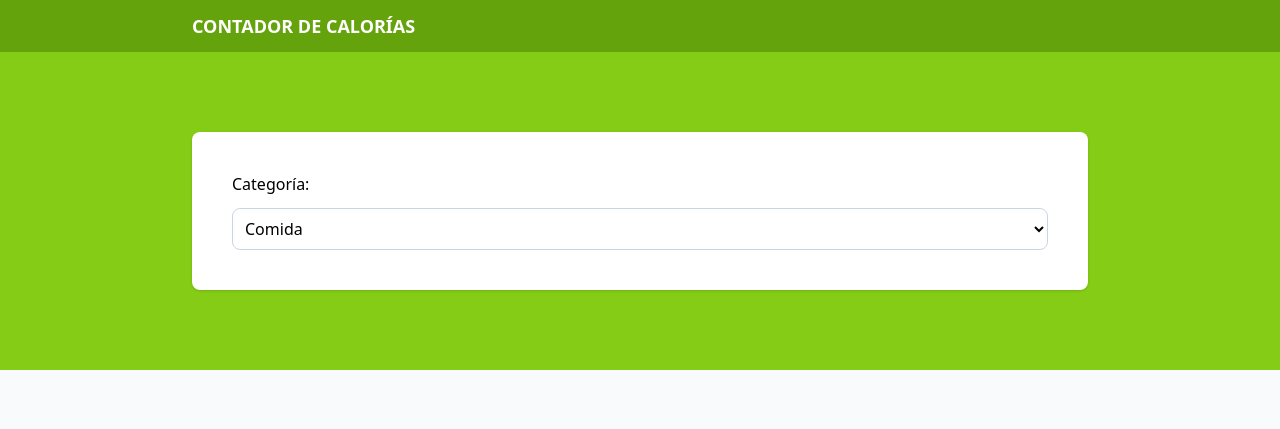
Repository: Samuel-Leal96/contador-calorias-react
Page: /
An editor plug-in stored every save of this project. The page is shown before and after the next save, followed by the edit.
The browser window is 1280 px wide. The pictures show the whole page.
The project was rebuilt for these pictures with package versions that can differ from the ones it lists, and the page was loaded fresh each time. Also part of the build but not shown: vite.config.ts.

Above is the page before, as saved 2025-10-25 15:52:45.

After the next save:
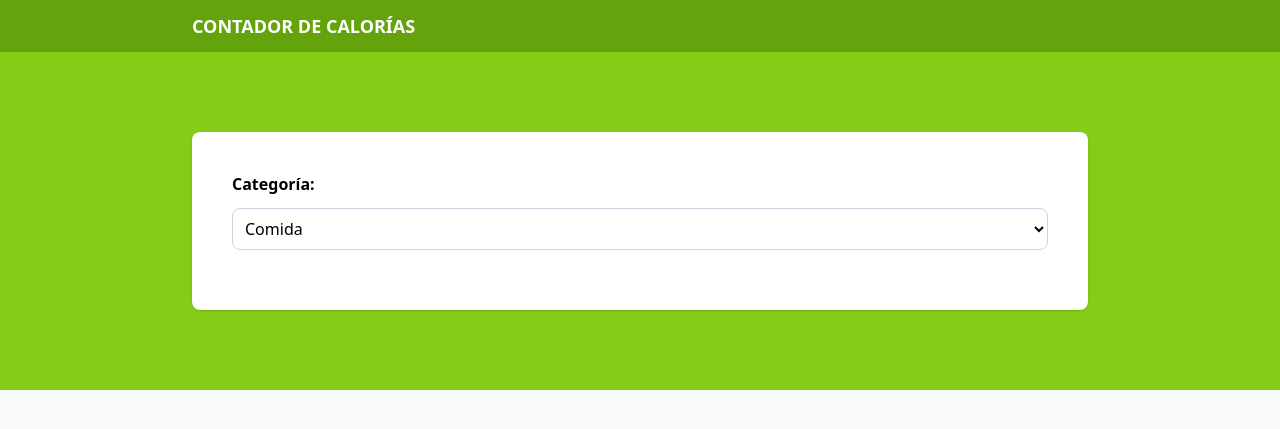
Saved 40 s later.
--- a/src/components/Form.tsx
+++ b/src/components/Form.tsx
@@ -9,7 +9,7 @@ export default function
         >
           <div className="grid grid-cols-1 gap-3" >
 
-          <label htmlFor="">Categoría:</label>
+          <label htmlFor="" className="font-bold">Categoría:</label>
 
           <select
             className="border border-slate-300 p-2 rounded-lg w-full bg-white"
@@ -27,6 +27,8 @@ export default function
 
           </div>
 
+          <div className="grid grid-cols-1 gap-3" ></div>
+
 
         </form>
     </div>
